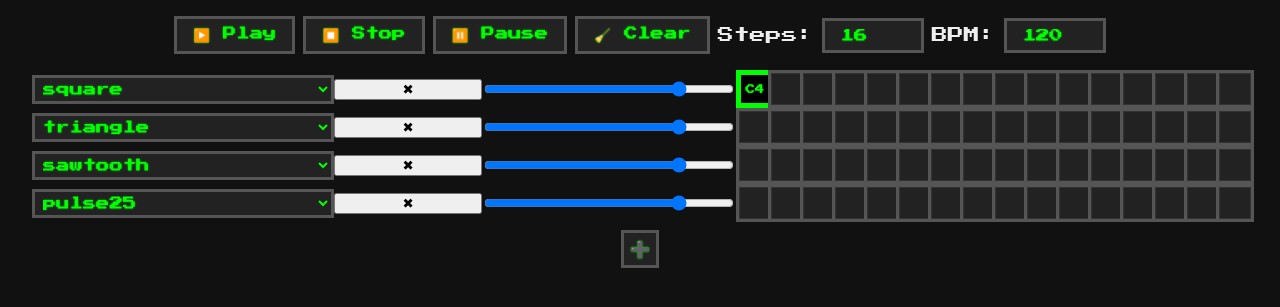
Repository: Aldentec/8-bit-Composer
Page: index.html
An editor plug-in stored every save of this project. The page is shown before and after the next save, followed by the edit.
The browser window is 1280 px wide. The pictures show the whole page.
After loading, the first visible `div.cell` was clicked once.
Some web libraries are served in a nearby version.

Above is the page before, as saved 2025-05-28 16:44:21.

After the next save:
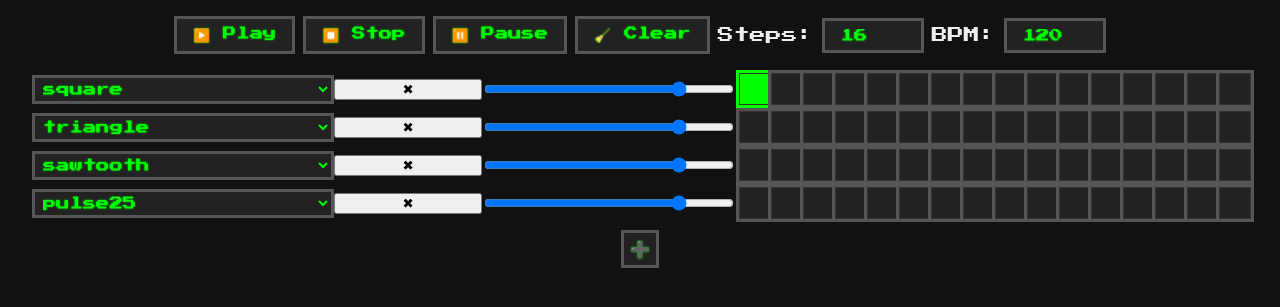
Saved 25 s later.
--- a/style.css
+++ b/style.css
@@ -118,10 +118,29 @@ body {
   text-shadow: 0 0 1px #0f0;
   user-select: none;
 }
+/* base active cell */
 .cell.active {
-  background: #000;
+  background: #0f0;
   border-color: #0f0;
-  box-shadow: inset 0 0 0 2px #0f0;
+}
+
+/* if a cell has an active neighbor on the left, hide its left border */
+.cell.connected-left {
+  border-left-color: transparent;
+  border-top-left-radius: 0;
+  border-bottom-left-radius: 0;
+}
+
+/* if a cell has an active neighbor on the right, hide its right border */
+.cell.connected-right {
+  border-right-color: transparent;
+  border-top-right-radius: 0;
+  border-bottom-right-radius: 0;
+}
+
+/* if both sides are connected, make it a flat rectangle */
+.cell.connected-left.connected-right {
+  border-radius: 0;
 }
 .cell:hover {
   border-color: #0f0;
